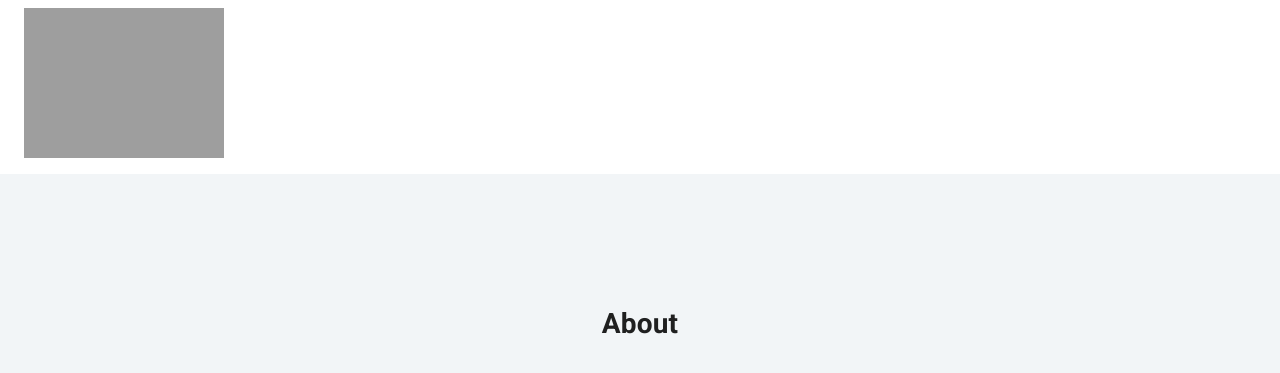
Repository: vinuvish/groundstandards_react
Page: /
These files come from the project's save history. The page is drawn as it stood at one moment and after the next save; the edit follows.
The browser window is 1280 px wide. The pictures show the whole page.
Pictures or frames that could not be fetched are drawn as grey boxes. The page's requests for data from a server got no answer. The project was rebuilt for these pictures with package versions that can differ from the ones it lists, and the page was loaded fresh each time. No one was signed in, and anything a server would have sent is missing. Also part of the build but not shown: src/pages/app/NotFoundPage.tsx, src/pages/app/SignUpPage.tsx, src/pages/app/AboutPage.tsx, src/pages/app/OurSolutionPage.tsx, src/pages/app/OurPartnerPage.tsx, src/pages/app/ResourcePage.tsx, src/pages/app/PressPage.tsx, src/pages/app/BlockPage.tsx and 1 more.

Above is the page before, as saved 2020-11-25 22:47:31.

After the next save:
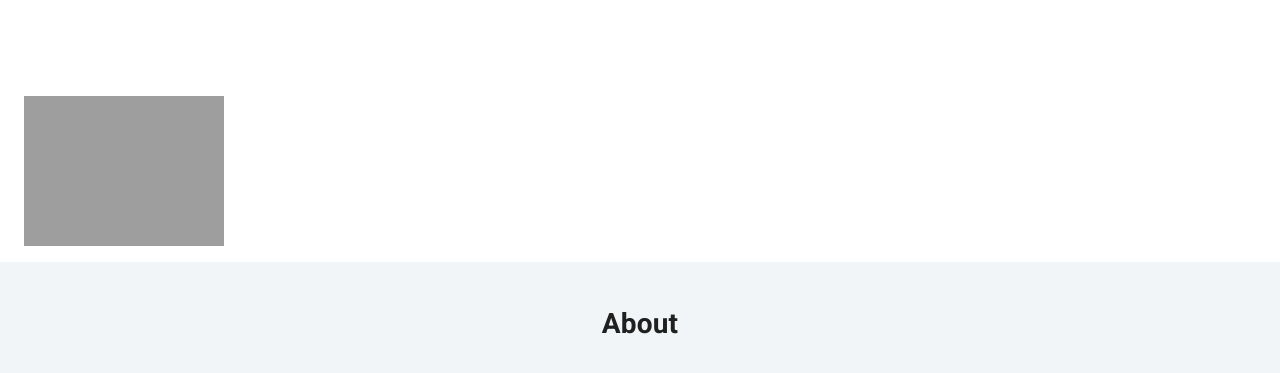
Saved 6 s later.
--- a/src/components/ZAppBar.tsx
+++ b/src/components/ZAppBar.tsx
@@ -166,7 +166,7 @@ const useStyles = makeStyles((theme: Theme) =>
     toolBar: {
       minHeight: 100,
       alignItems: 'flex-start',
-      paddingTop: theme.spacing(1),
+      paddingTop: theme.spacing(12),
       paddingBottom: theme.spacing(2),
     }
   })
